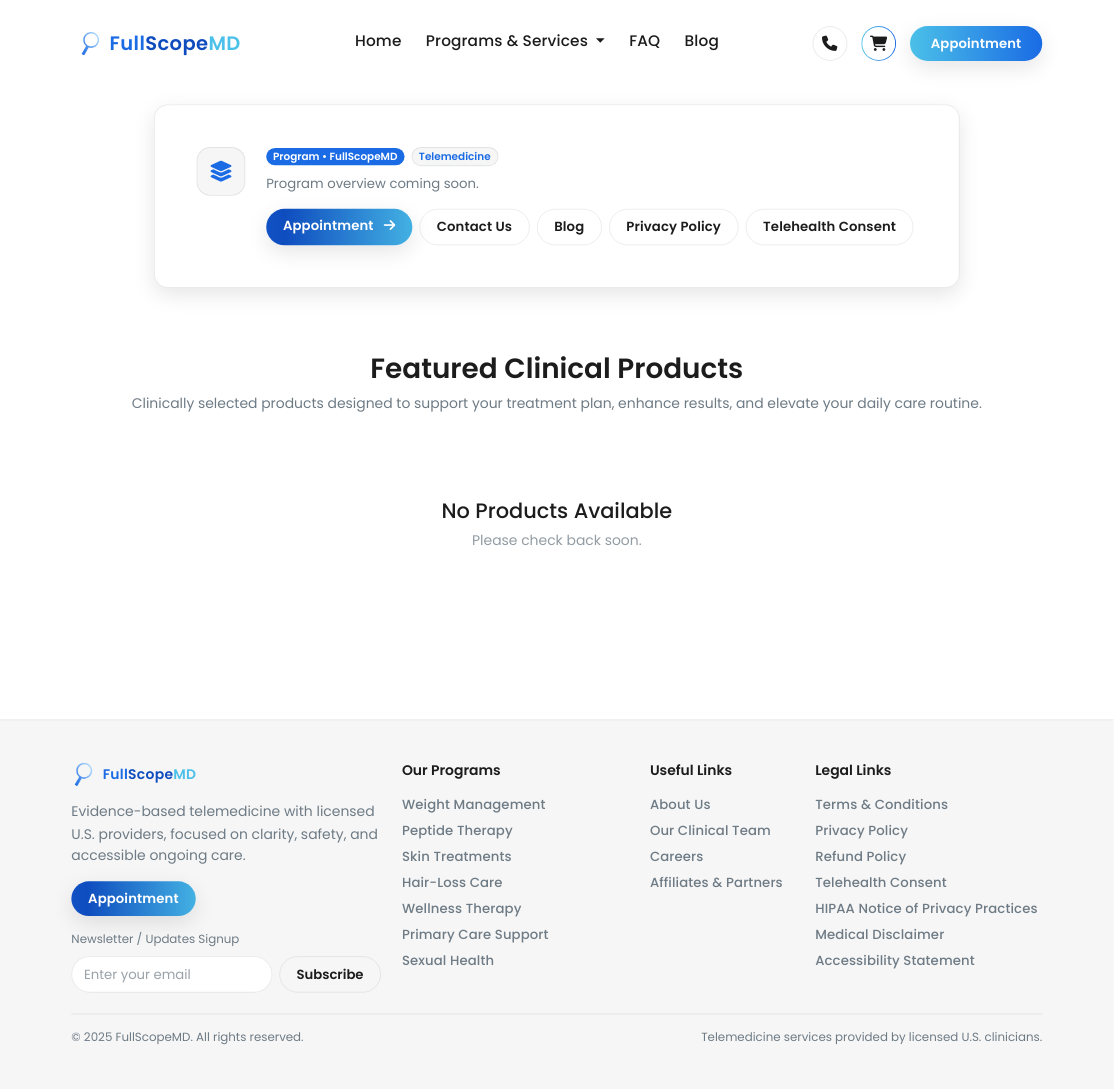
Repository: Jane-Li18/fullscopeMD
Page: app_fsMD/templates/category/prgrms_dtls.html
These files come from the project's save history. The page is drawn as it stood at one moment and after the next save; the edit follows.
The browser window is 1280 px wide. The pictures show the whole page, at 87% of full size.
The page is served by the project's application, run on Django 5.2 (manage.py). Other server files are loaded and not shown. The page reads the database file committed with the project. The template is opened directly, without the code that normally fills it, so the values that code supplies are empty.

Above is the page before, as saved 2025-12-20 00:01:25.

### app_fsMD/templates/category/prgrms_dtls.html
{% extends "base.html" %}
{% load static %}

{% block title %}{{ category.name }}{% endblock %}

{% block content %}

<section class="py-5">
  <div class="container py-2 py-lg-4">

    <div class="row justify-content-center mb-4">
      <div class="col-12 col-lg-10">
        <div class="p-4 p-lg-5 bg-white rounded-4 shadow-sm-brand border-brand fade-in-up fade-in delay-1 fade-blocked">
          <div class="d-flex flex-column flex-md-row align-items-start gap-3 gap-lg-4">

            <div class="flex-shrink-0">
              <div class="rounded-4 d-inline-flex align-items-center justify-content-center bg-muted border-brand"
                   style="width:56px;height:56px;">
                <i class="fa-solid fa-layer-group fs-4 text-primary-accent"></i>
              </div>
            </div>

            <div class="flex-grow-1">
              <div class="d-flex flex-wrap align-items-center gap-2 mb-2">
                <span class="badge rounded-pill bg-primary-accent">Program • FullScopeMD</span>
                <span class="badge rounded-pill bg-muted border-brand text-primary-accent">Telemedicine</span>
              </div>

              <h1 class="mb-2">{{ category.name }}</h1>

              {% if category.short_description %}
                <p class="mb-0 text-body-sm">{{ category.short_description|linebreaksbr }}</p>
              {% else %}
                <p class="mb-0 text-body-sm">Program overview coming soon.</p>
              {% endif %}

              <div class="d-flex flex-wrap gap-2 mt-3">
                <a href="#appointment" class="btn btn-primary btn-sm">
                  Appointment <i class="fa-solid fa-arrow-right ms-2 icon-solid"></i>
                </a>
                <a href="{% url 'contact' %}" class="btn btn-outline-primary btn-sm">Contact Us</a>
                <a href="{% url 'blgs_updts' %}" class="btn btn-outline-primary btn-sm">Blog</a>
                <a href="{% url 'privacy_policy' %}" class="btn btn-outline-primary btn-sm">Privacy Policy</a>
                <a href="{% url 'telehealth_consent' %}" class="btn btn-outline-primary btn-sm">Telehealth Consent</a>
              </div>
            </div>

          </div>
        </div>
      </div>
    </div>

    {# ✅ ONLY products for this category are already in `products` from your view #}
    {# ✅ Hide filter bar by passing categories=None #}
    {% include "home/h_prdcts.html" with categories=None products=products %}

    {% if category.long_description %}
      <div class="row justify-content-center mt-5">
        <div class="col-12 col-lg-10">
          <div class="p-4 p-lg-5 bg-muted rounded-4 border-brand shadow-sm-brand fade-in-up fade-in delay-3 fade-blocked scroll-animate">

            <div class="d-flex align-items-center gap-2 mb-2">
              <i class="fa-solid fa-shield-heart text-primary-accent"></i>
              <h2 class="mb-0" style="font-size: var(--font-size-h3);">Clinical overview</h2>
            </div>

            <div class="text-body-sm">{{ category.long_description|linebreaksbr }}</div>

            <div class="d-flex flex-wrap gap-2 mt-3">
              <a href="#appointment" class="btn btn-primary btn-sm">Appointment</a>
              <a href="{% url 'contact' %}" class="btn btn-outline-primary btn-sm">Contact Us</a>
              <a href="{% url 'terms_conditions' %}" class="btn btn-outline-primary btn-sm">Terms</a>
              <a href="{% url 'privacy_policy' %}" class="btn btn-outline-primary btn-sm">Privacy</a>
            </div>

          </div>
        </div>
      </div>
    {% endif %}

  </div>
</section>

{% endblock content %}

### app_fsMD/context_processors.py
from .cart import Cart
from django.db.models import Count, Q
from .models import Category

def cart_context(request):
    cart = Cart(request)
    return {"cart_qty": cart.total_qty()}

def nav_programs(request):
    return {
        "nav_programs": (
            Category.objects.filter(is_active=True)
            .annotate(product_count=Count("products", filter=Q(products__is_active=True)))
            .order_by("sort_order", "name")
        )
    }

### app_fsMD/templates/components/loader.html
<div id="global-loader">
  <svg
    class="loader-svg"
    x="0px"
    y="0px"
    viewBox="0 0 50 31.25"
    height="31.25"
    width="50"
    preserveAspectRatio="xMidYMid meet"
  >
    <path
      class="track"
      stroke-width="4"
      fill="none"
      pathlength="100"
      d="M0.625 21.5 h10.25 l3.75 -5.875 l7.375 15 l9.75 -30 l7.375 20.875 v0 h10.25"
    />
    <path
      class="car"
      stroke-width="4"
      fill="none"
      pathlength="100"
      d="M0.625 21.5 h10.25 l3.75 -5.875 l7.375 15 l9.75 -30 l7.375 20.875 v0 h10.25"
    />
  </svg>
</div>

### project_fsMD/urls.py
from django.conf import settings
from django.conf.urls.static import static
from django.contrib import admin
from django.urls import path, include
from django.views.generic import RedirectView
from django.contrib.staticfiles.storage import staticfiles_storage

urlpatterns = [
    path("favicon.ico", RedirectView.as_view(
        url=staticfiles_storage.url("images/favicon.ico"),
        permanent=True
    )),

    path("admin/", admin.site.urls),
    path("", include("app_fsMD.urls")),
]

if settings.DEBUG:
    urlpatterns += static(settings.MEDIA_URL, document_root=settings.MEDIA_ROOT)

### app_fsMD/static/css/footer.css
/* ============================
   Footer
   ============================ */

.footer-section {
    background-color: var(--secondary-bg);
    border-top: 1px solid var(--secondary-border);
    color: var(--secondary-text);
}

/* Heading style inside footer (slightly smaller than regular h3) */
.footer-heading {
    font-size: var(--font-size-body);
    font-weight: 600;
    color: var(--primary-text);
}

/* Lists */
.footer-list {
    list-style: none;
    padding-left: 0;
}

.footer-list li + li {
    margin-top: 0.25rem;
}

/* Links */
.footer-link {
    font-size: var(--font-size-body-sm);
    color: var(--secondary-text);
    text-decoration: none;
    transition: color var(--transition-fast);
}

.footer-link:hover {
    color: var(--primary-accent);
}

/* Newsletter */
.footer-newsletter-input {
    flex: 1 1 auto;
    min-width: 0;
    border-radius: var(--radius-pill);
    border: 1px solid var(--secondary-border);
    background-color: var(--primary-bg);
    padding: 0.45rem 0.85rem;
    font-size: var(--font-size-body-sm);
    color: var(--primary-text);
    outline: none;
}

.footer-newsletter-input::placeholder {
    color: rgba(110, 123, 133, 0.7);
}

.footer-newsletter-input:focus {
    border-color: var(--primary-accent);
}

/* Make the newsletter button snug with input */
.footer-newsletter-btn {
    white-space: nowrap;
}

/* Bottom strip */
.footer-bottom {
    border-top: 1px solid var(--secondary-border);
}

### db.sqlite3 (the tables this page reads, as SQL)
CREATE TABLE "app_fsMD_category" ("id" integer NOT NULL PRIMARY KEY AUTOINCREMENT, "name" varchar(120) NOT NULL UNIQUE, "slug" varchar(140) NOT NULL UNIQUE, "sort_order" integer unsigned NOT NULL CHECK ("sort_order" >= 0), "is_active" bool NOT NULL, "long_description" text NOT NULL, "short_description" text NOT NULL, "image" varchar(100) NULL, "kind" varchar(10) NOT NULL);
INSERT INTO "app_fsMD_category" VALUES
(1, 'Weight Management', 'weight-management', 1, 1, 'Our Weight Management program provides structured, medically supervised care built around your goals. You’ll receive clinician-guided dosing plans, access to evidence-based medications when appropriate, and consistent follow-up support to help you stay on track. This program focuses on safe, sustainable progress with clear guidance, progress monitoring, and adjustments over time for the best long-term outcomes.', 'Personalized, provider-guided weight management programs using clinically supported medications to help you lose weight safely and sustainably.', 'categories/weight-management/card1.jpg', 'program'),
(2, 'Peptide Therapy', 'peptide-therapy', 2, 1, 'Our Peptide Therapy program offers evidence-informed peptide protocols tailored to your needs and monitored by a provider. Plans are designed to support metabolic efficiency, recovery, energy balance, and sleep quality. Your treatment is guided with ongoing oversight, progress tracking, and adjustments as needed—so you get a personalized approach focused on safety, tolerability, and measurable wellness improvements.', 'Targeted peptide protocols designed to support metabolism, recovery, energy, sleep, and whole-body wellness—guided by licensed providers.', 'categories/peptide-therapy/card2.jpg', 'program'),
(3, 'Skin Treatments', 'skin-treatments', 3, 1, 'Our Skin Treatments program provides medical-grade, prescription skincare built around your specific concerns and skin type. Providers create tailored protocols to improve clarity, texture, and tone—addressing common issues like acne, aging, hyperpigmentation, and inflammation. Care includes guidance on how to use treatments correctly, expected timelines, and follow-up support to optimize results safely.', 'Prescription-based skincare for acne, aging, discoloration, inflammation, and other dermatologic concerns—personalized to your skin.', 'categories/skin-treatments/card3.jpg', 'program'),
(4, 'Hair-Loss Care', 'hair-loss-care', 4, 1, 'Our Hair-Loss Care program offers personalized treatment plans for both men and women, using clinically supported oral and topical therapies. Your provider evaluates your goals and hair concerns, then recommends a plan designed to support regrowth, thickness, and long-term density. Ongoing monitoring helps ensure your regimen remains effective, well-tolerated, and aligned with your progress.', 'Clinically supported hair-loss treatments for men and women, including oral and topical options to support regrowth and density.', 'categories/hair-loss-care/card4.jpg', 'program'),
(5, 'Wellness Therapy', 'wellness-therapy', 5, 1, 'Our Wellness Therapy program includes evidence-based nutrient and wellness-support options aimed at improving daily energy, metabolic function, and overall vitality. Treatment plans are provider-directed and aligned with your goals, with protocols selected to support performance and well-being. You’ll receive clear guidance, safety-focused oversight, and adjustments over time to help you feel and function at your best.', 'Wellness-support therapies like B12, MIC+B12, NAD+, and more—designed to improve energy, metabolism, and overall vitality.', 'categories/wellness-therapy/card5.jpg', 'program'),
(6, 'Primary Care Support', 'primary-care-support', 6, 1, 'Our Primary Care Support program makes it easier to get timely medical guidance for common concerns and ongoing health needs. With swift access to care and real-time provider consultations, you can address everyday issues, manage chronic conditions, and receive dependable follow-up without unnecessary delays. The focus is simple, accessible medical support with continuity and clarity.', 'Telehealth visits for everyday medical needs and chronic care support—with fast access to licensed clinicians and reliable follow-up.', 'categories/primary-care-support/card6.jpg', 'service'),
(7, 'Sexual Health', 'sexual-health', 7, 1, 'Our Sexual Health program provides discreet, provider-led telehealth care focused on assessment, education, and personalized treatment options. You’ll receive a clinical evaluation, clear recommendations, and follow-up support to help address sexual health concerns safely and effectively. Care is confidential, medically guided, and designed to support long-term outcomes—not just short-term fixes.', 'Confidential, clinician-led telehealth care for sexual health concerns—complete with evaluation, treatment options, and ongoing support.', 'categories/sexual-health/card7.jpg', 'program');

CREATE TABLE "app_fsMD_product" ("id" integer NOT NULL PRIMARY KEY AUTOINCREMENT, "name" varchar(200) NOT NULL UNIQUE, "slug" varchar(220) NOT NULL UNIQUE, "short_details" text NOT NULL, "long_details" text NOT NULL, "price" decimal NOT NULL, "quantity" integer unsigned NOT NULL CHECK ("quantity" >= 0), "discount_type" varchar(10) NOT NULL, "discount_value" decimal NOT NULL, "is_active" bool NOT NULL, "requires_prescription" bool NOT NULL, "requires_consultation" bool NOT NULL, "created_at" datetime NOT NULL, "updated_at" datetime NOT NULL, "category_id" bigint NOT NULL REFERENCES "app_fsMD_category" ("id") DEFERRABLE INITIALLY DEFERRED, "main_image" varchar(100) NOT NULL);
INSERT INTO "app_fsMD_product" VALUES
(1, 'Semaglutide (GLP-1)', 'semaglutide-glp-1', 'Semaglutide is a clinically proven GLP-1 medication that helps reduce appetite, support steady fat loss, and improve metabolic balance. It enhances satiety, lowers cravings, and makes it easier to maintain consistent habits for long-term weight management.', 'Semaglutide is a GLP-1 receptor agonist that mimics the body’s natural hormone responsible for regulating appetite, digestion, and glucose control. By slowing gastric emptying and increasing feelings of fullness, Semaglutide helps reduce caloric intake, stabilize blood sugar levels, and support clinically significant weight reduction.

This medication is compounded through accredited U.S. pharmacies and prescribed only after a licensed provider reviews your medical history. Treatment begins at the lowest dose and is gradually increased under provider guidance to ensure safety, minimize side effects, and achieve optimal results. Semaglutide is recommended for adults seeking medically supervised weight management with structured dosing, ongoing monitoring, and evidence-based outcomes.', 100, 99, 'none', 0, 1, 1, 0, '2025-12-14 16:28:48.986412', '2025-12-19 19:00:31.990109', 1, 'products/semaglutide-glp-1/main/Semaglutide_0zCV37U.png'),
(3, 'Tirzepatide', 'tirzepatide', 'Tirzepatide is a powerful, modern weight-loss medication designed to help reduce appetite and support steady, sustainable fat loss. It works by enhancing feelings of fullness and helping the body respond better to food, making it easier to stay consistent with a healthier lifestyle.', 'Tirzepatide is a dual-incretin agonist that activates both GLP-1 and GIP hormone receptors. These pathways regulate appetite, gastric emptying, glucose control, and overall metabolic efficiency. By targeting both mechanisms, Tirzepatide can significantly reduce caloric intake, improve insulin sensitivity, and support meaningful weight reduction over time.This medication is compounded through accredited U.S. pharmacies and prescribed only after a licensed provider reviews your health history. Treatment begins at the lowest available dose and is gradually increased under provider direction to ensure safety, tolerability, and optimal clinical outcomes. Tirzepatide is recommended for adults seeking medically supervised weight management with structured dosing, ongoing monitoring, and evidence-based treatment results.', 120, 99, 'none', 0, 1, 0, 0, '2025-12-16 17:29:51.319305', '2025-12-19 19:00:01.518968', 1, 'products/tirzepatide/main/Tirzepatide_iG3dHCp.png'),
(4, 'AOD-9604 / MOTS-C / Tesamorelin', 'aod-9604-mots-c-tesamorelin', 'AOD-9604 / MOTS-C / Tesamorelin is an advanced peptide combination designed to support fat metabolism, metabolic efficiency, and body composition. This multi-pathway approach targets fat breakdown, cellular energy production, and growth hormone signaling to help optimize metabolic health under medical supervision.', 'AOD-9604 / MOTS-C / Tesamorelin is a coordinated peptide combination formulated to support metabolic performance and body composition through multiple pathways.

AOD-9604 is a synthetic peptide derived from a specific fragment of human growth hormone (HGH) that supports fat metabolism by stimulating lipolysis and reducing fat storage without affecting appetite, insulin levels, or endogenous growth hormone production.

MOTS-C is a mitochondrial-derived peptide involved in regulating cellular energy balance, insulin sensitivity, and metabolic signaling. It supports mitochondrial efficiency and glucose utilization, contributing to improved metabolic performance and energy regulation.

Tesamorelin is a growth hormone–releasing hormone (GHRH) analog that stimulates the body’s natural production of growth hormone. By enhancing physiologic GH secretion, Tesamorelin supports fat metabolism, particularly visceral fat reduction, while maintaining normal feedback control within the endocrine system.

Together, AOD-9604, MOTS-C, and Tesamorelin provide a comprehensive metabolic support strategy by addressing fat breakdown, cellular energy production, and growth hormone signaling simultaneously. This coordinated approach supports improvements in body composition, metabolic efficiency, and long-term wellness when used as part of a medically supervised program.

This peptide combination is compounded through accredited U.S. pharmacies and prescribed only after a licensed provider reviews your health history. Treatment protocols are individualized and adjusted under provider oversight to ensure safety, tolerability, and appropriate clinical monitoring. AOD-9604 / MOTS-C / Tesamorelin is recommended for adults seeking medically supervised metabolic optimization, body composition support, and evidence-based peptide therapy.', 150, 99, 'none', 0, 1, 1, 0, '2025-12-16 17:34:08.380807', '2025-12-19 19:00:25.231508', 1, 'products/aod-9604-mots-c-tesamorelin/main/AOD-9604__MOTS-C__Tesamorelin_nt6RE6l.png'),
(5, 'AOD-9604 / MOTS-C', 'aod-9604-mots-c', 'AOD-9604 / MOTS-C is an advanced peptide therapy designed to support fat metabolism, cellular energy production, and overall metabolic health. This combination helps promote fat loss while supporting mitochondrial function, making it well-suited for individuals focused on body composition and metabolic optimization.', 'AOD-9604 / MOTS-C is a dual-peptide therapy formulated to support metabolic performance and body composition through complementary mechanisms.

AOD-9604 is a synthetic peptide derived from a specific fragment of human growth hormone (HGH) that targets fat metabolism by stimulating lipolysis and reducing fat storage without impacting appetite, growth hormone levels, or blood sugar regulation.

MOTS-C is a mitochondrial-derived peptide that plays a role in regulating energy balance, insulin sensitivity, and metabolic signaling. It supports cellular efficiency by enhancing glucose utilization and promoting healthy mitochondrial activity, which is essential for energy production and metabolic performance.

Together, AOD-9604 and MOTS-C provide a complementary approach to metabolic support by targeting both fat breakdown and cellular energy pathways. This dual mechanism supports improved body composition, metabolic efficiency, and sustainable wellness outcomes over time.

This peptide combination is compounded through accredited U.S. pharmacies and provided only after a licensed provider reviews your health history. Treatment protocols are individualized and guided by clinical oversight to ensure safety, tolerability, and alignment with patient goals. AOD-9604 / MOTS-C is recommended for adults seeking medically supervised metabolic support, fat-loss optimization, and evidence-based peptide therapy.', 200, 99, 'none', 0, 1, 0, 0, '2025-12-16 17:39:54.386269', '2025-12-19 19:00:18.417207', 1, 'products/aod-9604-mots-c/main/AOD-9604__MOTS-C_8ZiSQWs.png'),
(6, 'AOD-9604', 'aod-9604', 'AOD-9604 is a targeted peptide therapy designed to support fat metabolism and body composition. It helps encourage fat breakdown without affecting appetite or blood sugar, making it an option for individuals focused on metabolic support and fat-loss optimization.', 'AOD-9604 is a synthetic peptide derived from a specific fragment of human growth hormone (HGH). It is designed to stimulate lipolysis (fat breakdown) while limiting lipogenesis (fat storage), supporting a healthier metabolic profile without influencing growth hormone or insulin levels.

Unlike traditional weight-loss medications, AOD-9604 works at the cellular level to enhance fat metabolism without suppressing appetite or altering glucose regulation. This makes it a complementary option for patients seeking body composition support as part of a broader wellness or weight-management plan.

This peptide is compounded through accredited U.S. pharmacies and provided only after a licensed provider reviews your health history. Treatment protocols are individualized and guided by clinical oversight to ensure safety, tolerability, and alignment with patient goals. AOD-9604 is recommended for adults seeking medically supervised metabolic support, fat-loss optimization, and evidence-based peptide therapy.', 250, 99, 'none', 0, 1, 0, 0, '2025-12-16 17:40:19.528969', '2025-12-19 19:00:11.127993', 1, 'products/aod-9604/main/AOD-9604_hJqFNTx.png');

Loaded but not shown: app_fsMD/static/css/style.css (library); app_fsMD/static/css/navbar.css (library); app_fsMD/static/css/home/h_home.css (library); app_fsMD/static/js/script.js (1209 lines, source omitted); app_fsMD/templates/navbar/navsidebar.html (208 lines, source omitted); app_fsMD/views.py (322 lines, source omitted); app_fsMD/templates/navbar/navbar.html (164 lines, source omitted); app_fsMD/templates/home/h_prdcts.html (139 lines, source omitted); app_fsMD/templates/base.html (141 lines, source omitted); app_fsMD/models.py (168 lines, source omitted); app_fsMD/templates/footer.html (111 lines, source omitted); app_fsMD/static/css/components/appointment.css (36 lines, source omitted); app_fsMD/cart.py (77 lines, source omitted); app_fsMD/static/css/components/mrqs.css (1 lines, source omitted); app_fsMD/urls.py (28 lines, source omitted)

After the next save:
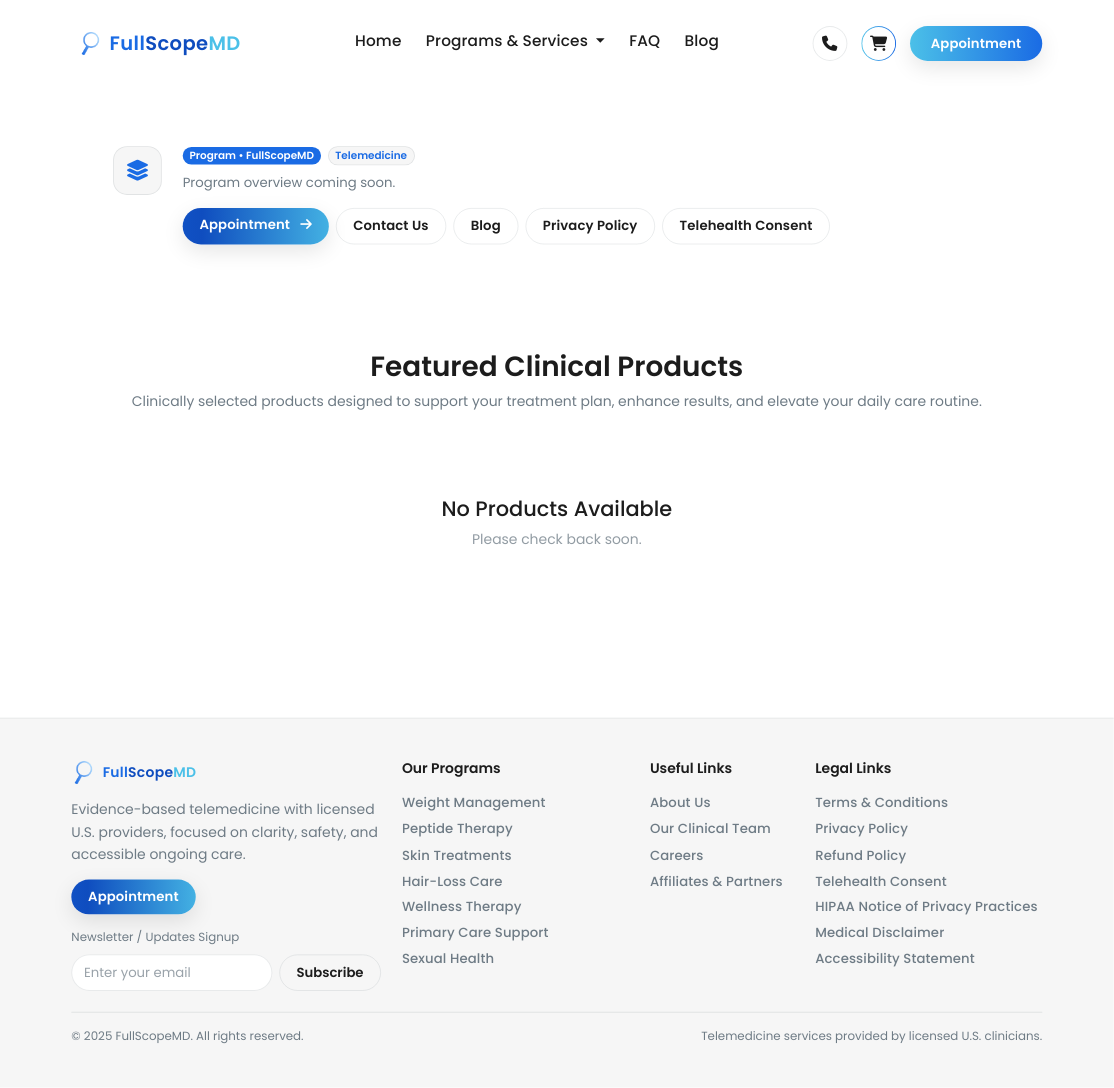
Saved 31 s later.
--- a/app_fsMD/templates/category/prgrms_dtls.html
+++ b/app_fsMD/templates/category/prgrms_dtls.html
@@ -9,8 +9,8 @@
   <div class="container py-2 py-lg-4">
 
     <div class="row justify-content-center mb-4">
-      <div class="col-12 col-lg-10">
-        <div class="p-4 p-lg-5 bg-white rounded-4 shadow-sm-brand border-brand fade-in-up fade-in delay-1 fade-blocked">
+      <div class="col-12 col-lg-12">
+        <div class="p-4 p-lg-5 bg-white fade-in-up fade-in delay-1 fade-blocked">
           <div class="d-flex flex-column flex-md-row align-items-start gap-3 gap-lg-4">
 
             <div class="flex-shrink-0">
